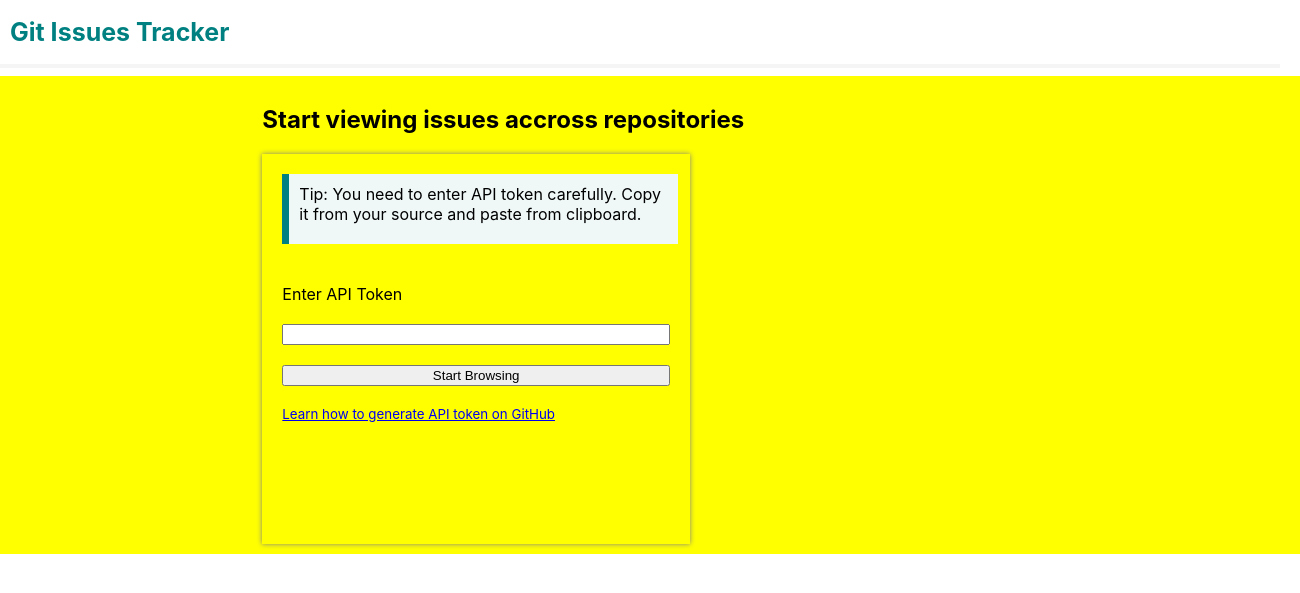
Repository: duzzisantos/github-repos-react-graphql
Page: /start
The author's editor kept a copy of each file at every save. The page is drawn from the files as they stood at one save, then again after the next save.
The browser window is 1280 px wide. The page is 1300 px wide, then 1287 px, so the pictures cover 1300 px, including what lies to the right of the window. The pictures show the whole page.
The project was rebuilt for these pictures with package versions that can differ from the ones it lists, and the page was loaded fresh each time. Also part of the build but not shown: src/components/table/Filters.tsx, src/components/table/Pagination.tsx, src/components/table/TableComponent.tsx, src/components/table/columnHelpers.ts, src/utilities/funtions.ts, src/pages/Repositories.tsx, src/components/cards/Cards.tsx, src/pages/ViewRepository.tsx.

Above is the page before, as saved 2024-06-17 17:36:54.

### src/index.tsx
import React from "react";
import ReactDOM from "react-dom/client";
import "./index.css";
import App from "./App";
import reportWebVitals from "./reportWebVitals";
import { BrowserRouter } from "react-router-dom";
import { ApolloProvider } from "@apollo/client";
import client from "./api/apolloClient";

const root = ReactDOM.createRoot(
  document.getElementById("root") as HTMLElement
);
root.render(
  <React.StrictMode>
    <BrowserRouter>
      <ApolloProvider client={client}>
        <App />
      </ApolloProvider>
    </BrowserRouter>
  </React.StrictMode>
);

// If you want to start measuring performance in your app, pass a function
// to log results (for example: reportWebVitals(console.log))
// or send to an analytics endpoint. Learn more: https://bit.ly/CRA-vitals
reportWebVitals();

### src/App.tsx
import React from "react";
import "./App.css";
import "./styles.scss";
import { Routes, Route } from "react-router-dom";
import StartPage from "./pages/StartPage";
import Repositories from "./pages/Repositories";
import ViewRepository from "./pages/ViewRepository";

function App() {
  return (
    <div className="App">
      <h1>Git Issues Tracker</h1>
      <hr />

      <Routes>
        <Route path="/" element={<StartPage />} />
        <Route path="/start" element={<StartPage />} />
        <Route path="/repositories" element={<Repositories />} />
        <Route path="/owner/repositoryName" element={<ViewRepository />} />
      </Routes>
    </div>
  );
}

export default App;

### src/api/apolloClient.ts
import { ApolloClient, InMemoryCache, createHttpLink } from "@apollo/client";
import { setContext } from "@apollo/client/link/context";

const http = createHttpLink({
  uri: "https://api.github.com/graphql",
});

const auth = setContext((_, { headers }) => {
  const apiToken = localStorage.getItem("authToken");

  return {
    headers: {
      ...headers,
      authorization: `Bearer ${apiToken}`,
    },
  };
});

const client = new ApolloClient({
  link: auth.concat(http),
  cache: new InMemoryCache(),
});

export default client;

### src/App.css
.container {
  width: 90%;
  align-items: center;
  justify-content: center;
  bottom: 0;
  padding: 10px 10px;
}

.display-items {
  width: 100%;
  display: flex;
  flex-direction: row;
  flex-wrap: wrap;
  gap: 1.5%;
}

.small-card {
  width: 300px;
  height: 120px;
  display: flex;
  flex-direction: column;
  justify-content: center;
  text-align: center;
  box-shadow: 0px 0px 3px gray;
}

### src/styles.scss
.container {
  width: 100%;
  background-color: yellow;
  display: flex;
  flex-direction: column;
}

h1 {
  font-size: 25px;
  padding: 0 10px;
  color: teal;
}

hr {
  border: 2px solid whitesmoke;
}

.display-item {
  width: 80%;
}

form {
  width: 50%;
  height: 350px;
  display: flex;
  flex-direction: column;
  box-shadow: 0px 0px 5px gray;
  padding: 20px 20px;
}

.form-group {
  display: flex;
  flex-direction: column;
}

.user-tip {
  height: 50px;
  width: 95%;
  padding: 10px 10px;
  margin-bottom: 40px;
  border-left: 7px solid teal;
  background-color: rgb(239, 247, 247);
}

label,
input,
.primary-btn {
  margin-bottom: 20px;
}

### src/pages/StartPage.tsx
import React from "react";
import Container from "src/components/Container";
import Form from "src/components/Form";

const StartPage = () => {
  return (
    <Container
      pageSubTitle="Start viewing issues accross repositories"
      children={<Form />}
    />
  );
};

export default StartPage;

### src/components/Container.tsx
import React from "react";

interface ContainerProps {
  pageSubTitle: string;
  repositoryOwner?: string;
  children: any;
}

const Container = ({
  pageSubTitle,
  children,
  repositoryOwner,
}: ContainerProps) => {
  return (
    <main className="container">
      <section>
        <h2>{pageSubTitle}</h2>
        <h3>{repositoryOwner}</h3>
        {children}
      </section>
    </main>
  );
};

export default Container;

### src/components/Form.tsx
import React, { useState } from "react";
import { useNavigate } from "react-router-dom";
import { useLazyQuery } from "@apollo/client";
import { GET_ALL_REPOSITORIES } from "src/api/queryhelper";
//We need to specify the types of data we would be utilizing as state

const Form = () => {
  const [apiToken, setApiToken] = useState("");
  const [apiPayLoad, setApiPayload] = useState([]);
  const [getRepositories, { loading, error, data }] =
    useLazyQuery(GET_ALL_REPOSITORIES);

  const navigate = useNavigate();

  const handleChange = (e: any) => {
    setApiToken(e.target.value);
  };

  const handleSubmit = () => {
    localStorage.setItem("authToken", apiToken);

    //We make the GraphQL API call here
    getRepositories()
      .then((res: any) => {
        console.log(res.data);
        setApiPayload(res.data.viewer.repositories.nodes);
      })
      .catch((err) => {
        console.warn(err?.message);
      });
  };

  if (data) {
    navigate("/repositories", {
      state: {
        //this is the result we want to consume as we navigate to the /repositories route
        data: data.viewer.repositories.nodes,
        error: error,
        loading: loading,
        apiPayLoad,
      },
    });
  }

  return (
    <form>
      <div className="user-tip">
        Tip: You need to enter API token carefully. Copy it from your source and
        paste from clipboard.
      </div>

      <div className="form-group">
        <label htmlFor="apiToken">Enter API Token</label>
        <input
          type="text"
          name="apiToken"
          value={apiToken}
          onChange={handleChange}
        />
        <button className="primary-btn" type="button" onClick={handleSubmit}>
          Start Browsing
        </button>

        <strong>{error && error.message}</strong>
      </div>
      <small className="form-text" id="info">
        <a
          title="Read short documentation"
          href="https://docs.github.com/en/authentication/keeping-your-account-and-data-secure/managing-your-personal-access-tokens"
        >
          Learn how to generate API token on GitHub
        </a>
      </small>
    </form>
  );
};

export default Form;

### src/api/queryhelper.ts
import { gql } from "@apollo/client";

const GET_ALL_REPOSITORIES = gql`
  query {
    viewer {
      repositories(first: 50) {
        nodes {
          id
          name
          owner {
            login
          }
          visibility
          stargazerCount
          forkCount
          url
          issues {
            totalCount
          }
          licenseInfo {
            name
          }
          updatedAt
          createdAt
        }
      }
    }
  }
`;

const GET_REPOSITORY_BY_NAME = gql`
  query ($name: NAME!) {
    node(name: $name) {
      ... on Repository {
        id
        name
        owner {
          login
        }
        visibility
        stargazerCount
        forkCount
        url
        issues {
          totalCount
        }
        licenseInfo {
          name
        }
        updatedAt
        createdAt
      }
    }
  }
`;

export { GET_ALL_REPOSITORIES, GET_REPOSITORY_BY_NAME };

Loaded but not shown: public/index.html (common file); src/index.css (common file); src/reportWebVitals.ts (common file)

After the next save:
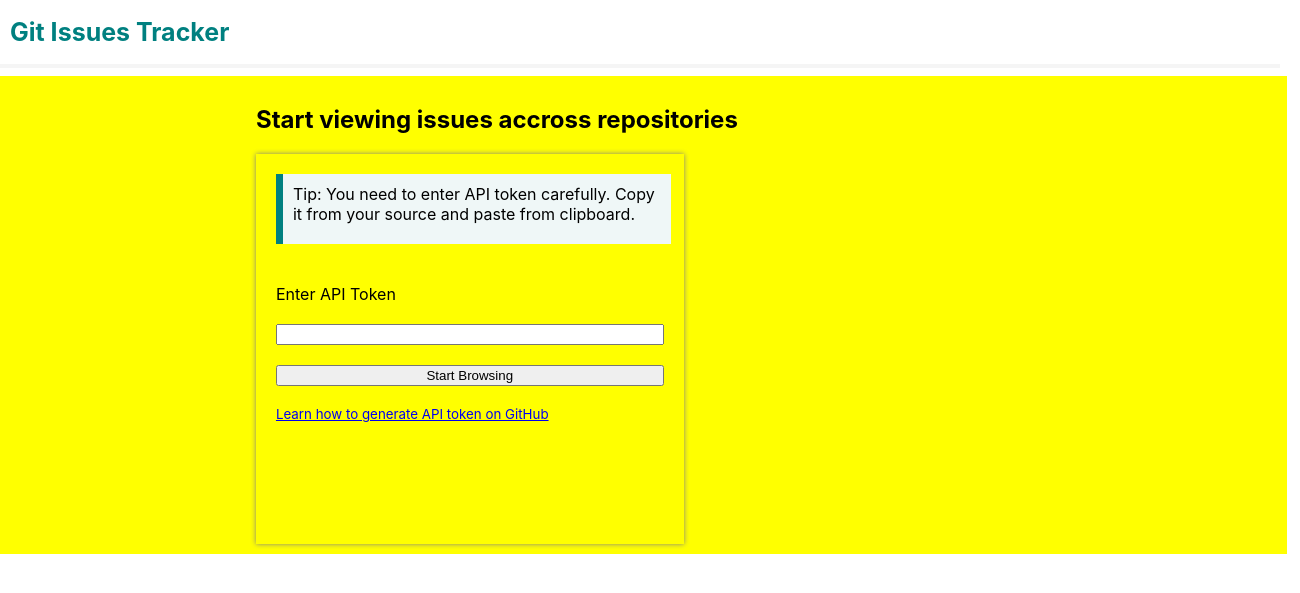
Saved 5 s later.
--- a/src/styles.scss
+++ b/src/styles.scss
@@ -1,5 +1,5 @@
 .container {
-  width: 100%;
+  width: 99%;
   background-color: yellow;
   display: flex;
   flex-direction: column;
